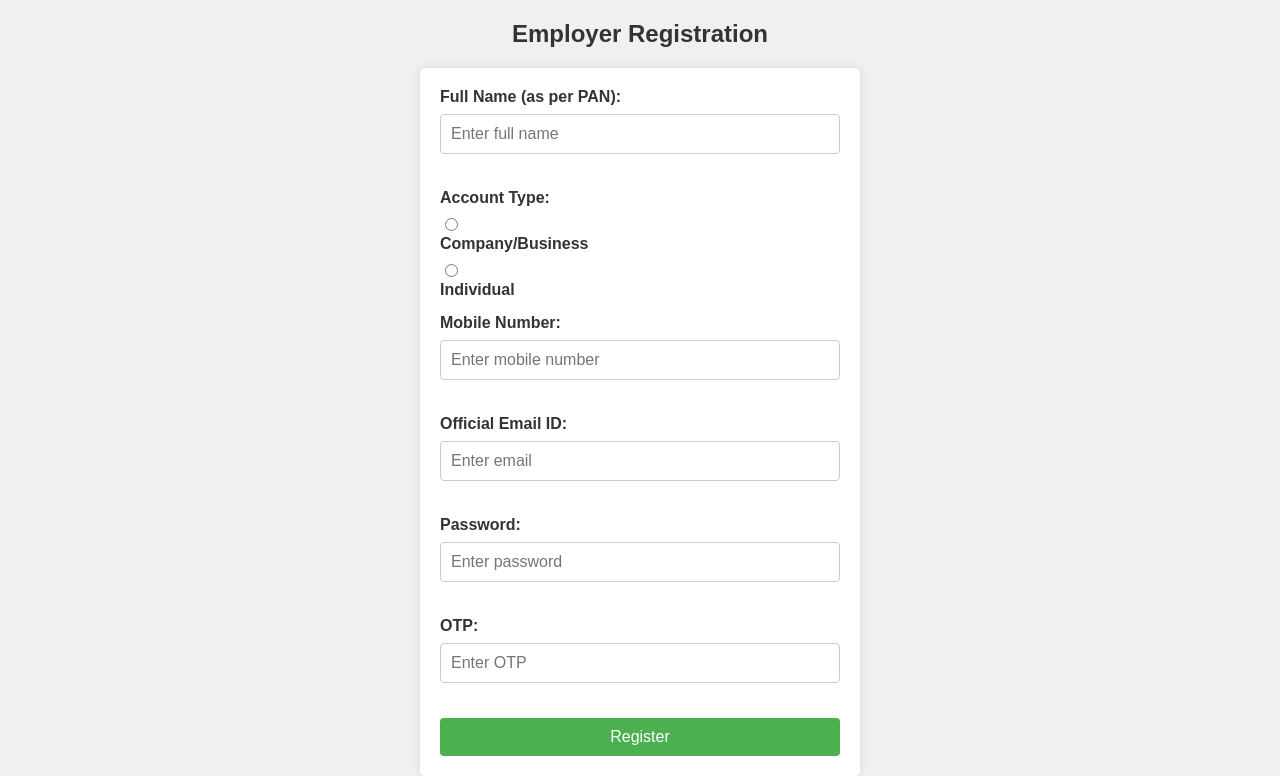
Repository: mokshiaya/next-u
Page: http://localhost/employer-register
These files come from the project's save history. The page is drawn as it stood at one moment and after the next save; the edit follows.
The browser window is 1280 px wide. The pictures show the whole page.
The page is this project's Thymeleaf template; nobody is signed in. The template is opened directly, without the code that normally fills it, so the values that code supplies are empty.

Above is the page before, as saved 2024-10-16 04:49:16.

### NextU/src/main/resources/templates/employer-register.html
<!DOCTYPE html>
<html lang="en" xmlns:th="http://www.thymeleaf.org">
<head>
    <meta charset="UTF-8">
    <meta name="viewport" content="width=device-width, initial-scale=1.0">
    <title>Employer Registration</title>
    <style>
        body {
            font-family: Arial, sans-serif;
            background-color: #f0f0f0;
            margin: 0;
            padding: 0;
        }

        h2 {
            text-align: center;
            color: #333;
            margin-top: 20px;
        }

        form {
            width: 400px;
            margin: 0 auto;
            background-color: #fff;
            padding: 20px;
            border-radius: 5px;
            box-shadow: 0 0 10px rgba(0, 0, 0, 0.1);
        }

        label {
            display: block;
            margin-bottom: 8px;
            color: #333;
            font-weight: bold;
        }

        input[type="text"],
        input[type="email"],
        input[type="password"],
        input[type="number"] {
            width: 100%;
            padding: 10px;
            margin-bottom: 20px;
            border: 1px solid #ccc;
            border-radius: 4px;
            box-sizing: border-box;
            font-size: 16px;
        }

        input[type="radio"] {
            margin-right: 5px;
        }

        input[type="radio"] + label {
            margin-right: 20px;
        }

        button[type="submit"] {
            width: 100%;
            background-color: #4CAF50;
            color: white;
            padding: 10px;
            border: none;
            border-radius: 4px;
            cursor: pointer;
            font-size: 16px;
        }

        button[type="submit"]:hover {
            background-color: #45a049;
        }

        input:focus {
            border-color: #4CAF50;
        }

        .form-group {
            margin-bottom: 15px;
        }

    </style>
</head>
<body>
    <h2>Employer Registration</h2>
    <form action="#" method="post">

        <!-- Full Name -->
        <div class="form-group">
            <label for="fullName">Full Name (as per PAN):</label>
            <input type="text" id="fullName" name="fullName" placeholder="Enter full name" required>
        </div>

        <!-- Account Type -->
        <div class="form-group">
            <label for="accountType">Account Type:</label>
            <input type="radio" id="company" name="accountType" value="Company" required>
            <label for="company">Company/Business</label>

            <input type="radio" id="individual" name="accountType" value="Individual" required>
            <label for="individual">Individual</label>
        </div>

        <!-- Mobile Number -->
        <div class="form-group">
            <label for="mobileNumber">Mobile Number:</label>
            <input type="text" id="mobileNumber" name="mobileNumber" placeholder="Enter mobile number" required>
        </div>

        <!-- Email -->
        <div class="form-group">
            <label for="email">Official Email ID:</label>
            <input type="email" id="email" name="email" placeholder="Enter email" required>
        </div>

        <!-- Password -->
        <div class="form-group">
            <label for="password">Password:</label>
            <input type="password" id="password" name="password" placeholder="Enter password" required>
        </div>

        <!-- OTP -->
        <div class="form-group">
            <label for="otp">OTP:</label>
            <input type="number" id="otp" name="otp" placeholder="Enter OTP" required>
        </div>

        <!-- Submit Button -->
        <button type="submit">Register</button>
    </form>
</body>
</html>

After the next save:
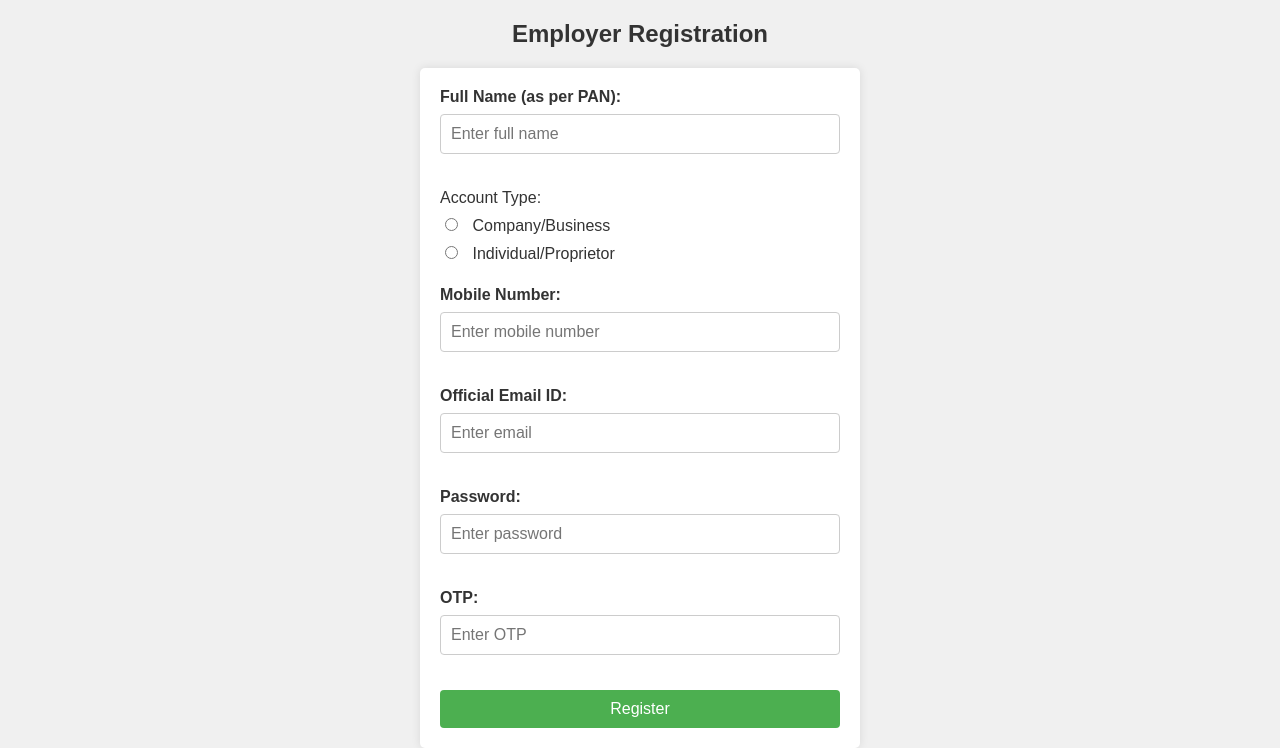
Saved 2 min 0 s later.
--- a/NextU/src/main/resources/templates/employer-register.html
+++ b/NextU/src/main/resources/templates/employer-register.html
@@ -1,5 +1,5 @@
 <!DOCTYPE html>
-<html lang="en" xmlns:th="http://www.thymeleaf.org">
+<html lang="en">
 <head>
     <meta charset="UTF-8">
     <meta name="viewport" content="width=device-width, initial-scale=1.0">
@@ -47,12 +47,18 @@
             font-size: 16px;
         }
 
-        input[type="radio"] {
-            margin-right: 5px;
+        .account-type {
+            display: flex;
+            flex-direction: column;
+            margin-bottom: 20px;
         }
 
-        input[type="radio"] + label {
-            margin-right: 20px;
+        .account-type label {
+            font-weight: normal;
+        }
+
+        input[type="radio"] {
+            margin-right: 10px;
         }
 
         button[type="submit"] {
@@ -91,13 +97,16 @@
         </div>
 
         <!-- Account Type -->
-        <div class="form-group">
-            <label for="accountType">Account Type:</label>
-            <input type="radio" id="company" name="accountType" value="Company" required>
-            <label for="company">Company/Business</label>
-
-            <input type="radio" id="individual" name="accountType" value="Individual" required>
-            <label for="individual">Individual</label>
+        <div class="form-group account-type">
+            <label>Account Type:</label>
+            <label for="company">
+                <input type="radio" id="company" name="accountType" value="Company" required>
+                Company/Business
+            </label>
+            <label for="individual">
+                <input type="radio" id="individual" name="accountType" value="Individual" required>
+                Individual/Proprietor
+            </label>
         </div>
 
         <!-- Mobile Number -->
